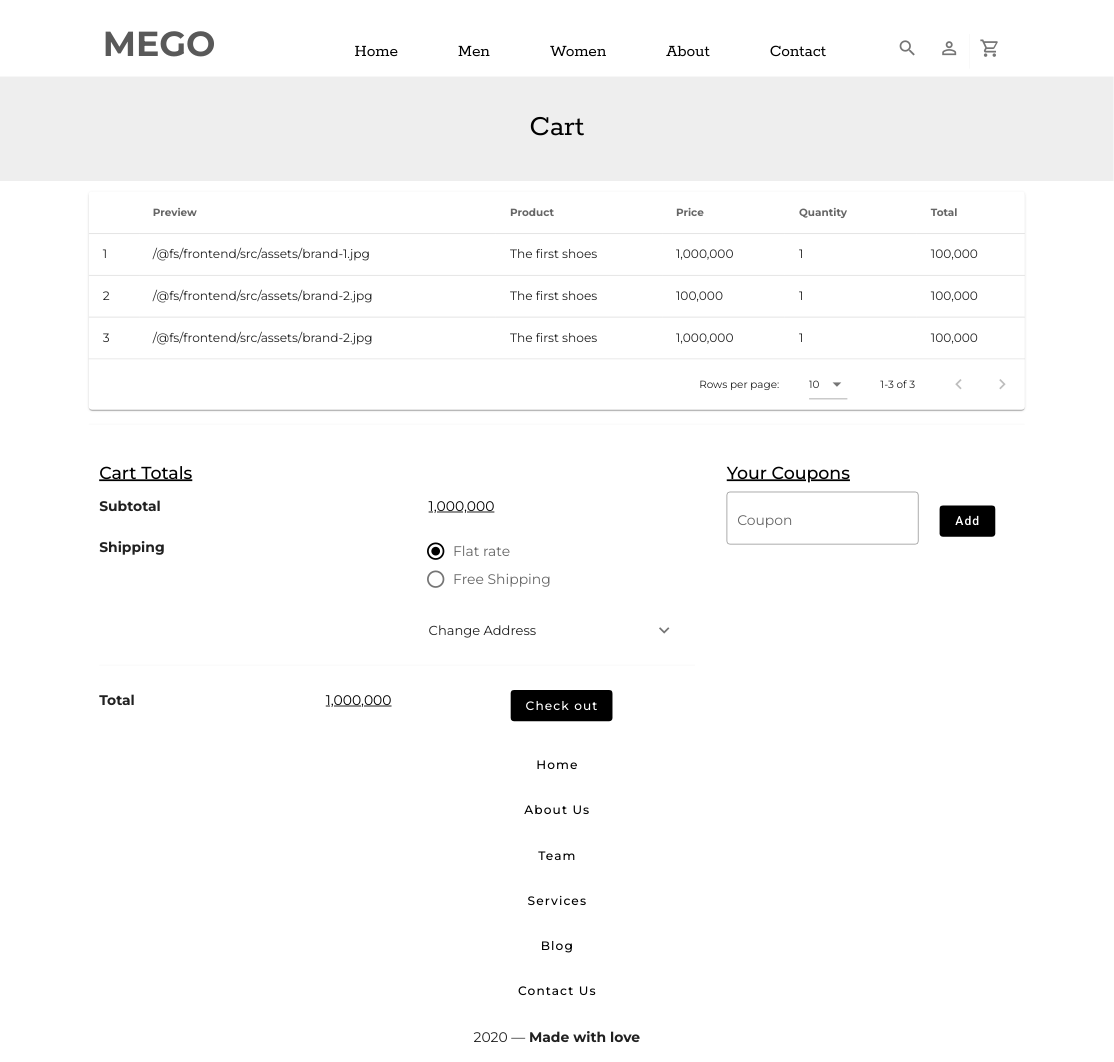
Repository: nguyenphuong152/shoesstore
Page: /cart (app in frontend/)
The author's editor kept a copy of each file at every save. The page is drawn from the files as they stood at one save, then again after the next save.
The browser window is 1280 px wide. The pictures show the whole page, at 87% of full size.
The project was rebuilt for these pictures with package versions that can differ from the ones it lists, and the page was loaded fresh each time. Also part of the build but not shown: frontend/vue.config.js, frontend/src/components/Customer/Collection.vue, frontend/src/components/Customer/Banner.vue, frontend/src/components/Customer/BestSeller.vue, frontend/src/components/Customer/Partner.vue, frontend/src/views/Customer/Home.vue, frontend/src/components/Customer/ProductCategory.vue, frontend/src/components/Customer/ProductView.vue and 10 more. Imported but missing from the stored project, and not drawn on this page: frontend/src/views/Admin/Category.vue, frontend/src/views/Admin/ManageProduct.vue, frontend/src/views/Admin/ManageUser.vue, frontend/src/views/Admin/OrderList.vue.

Above is the page before, as saved 2020-11-28 21:20:16.

### frontend/public/index.html
<!DOCTYPE html>
<html lang="en">
  <head>
    <meta charset="utf-8">
    <head>
      <title>MEGO</title>
    </head>
    <meta http-equiv="X-UA-Compatible" content="IE=edge">
    <meta name="viewport" content="width=device-width,initial-scale=1.0">
    <link rel="icon" href="<%= BASE_URL %>favicon.ico">
    <title><%= htmlWebpackPlugin.options.title %></title>
    <link href="https://fonts.googleapis.com/css?family=Montserrat:300,400,500,600,700" rel="stylesheet">
    <link href="https://fonts.googleapis.com/css?family=Rokkitt:100,300,400,700" rel="stylesheet">
    <link rel="stylesheet" href="https://fonts.googleapis.com/css?family=Roboto:100,300,400,500,700,900">
    <link rel="stylesheet" href="https://cdn.jsdelivr.net/npm/@mdi/font@latest/css/materialdesignicons.min.css">
  </head>
  <body>
    <noscript>
      <strong>We're sorry but <%= htmlWebpackPlugin.options.title %> doesn't work properly without JavaScript enabled. Please enable it to continue.</strong>
    </noscript>
    <div id="app"></div>
    <!-- built files will be auto injected -->
  </body>
</html>

### frontend/src/main.js
import Vue from 'vue'
import App from './App.vue'
import vuetify from './plugins/vuetify';
import router from './router'
import '../sass/style.scss'
import 'bootstrap/dist/css/bootstrap.css'
import 'bootstrap-vue/dist/bootstrap-vue.css'
import { BootstrapVue, IconsPlugin } from 'bootstrap-vue'

Vue.use(BootstrapVue)
// Optionally install the BootstrapVue icon components plugin
Vue.use(IconsPlugin)
Vue.config.productionTip = false

new Vue({
  vuetify,
  router,
  render: h => h(App)
}).$mount('#app')

### frontend/src/App.vue
<template>
  <v-app app>
    <v-container v-if="!['Admin', 'Banner', 'Category','Product','ManageUser','OrderList','Dashboard'].includes($route.name)">
      <Toolbar />
    </v-container>
    <v-main>
      <router-view></router-view>
    </v-main>
      <Footer v-if="!['Admin', 'Banner', 'Category','Product','ManageUser','OrderList','Dashboard'].includes($route.name)"/>
  </v-app>

</template>

<script>

import Footer from "./components/Customer/Footer";
import Toolbar from "./components/Customer/Toolbar";

export default {
  name: "App",

  components: {
    Toolbar,
    Footer
  },

  data: () => ({
    //
  }),
};
</script>

### frontend/src/plugins/vuetify.js
import Vue from 'vue';
import Vuetify from 'vuetify/lib';


Vue.use(Vuetify);

const vuetify = new Vuetify({
    theme: {
      themes: {
        light: {
          primary: '#000',
          secondary: '#b0bec5',
          accent: '#8c9eff',
          error: '#b71c1c',
        },
      },
    },
  })

export default new Vuetify({
    vuetify,
});

### frontend/src/router/index.js
import Vue from "vue";
import VueRouter from "vue-router";
import Home from "../views/Customer/Home.vue";
import Men from "../views/Customer/Men.vue";
import Women from "../views/Customer/Women.vue";
import Admin from "../views/Admin/Admin.vue";
import Product from "../views/Admin/ManageProduct.vue";
import Banner from "../views/Admin/Banner.vue";
import Category from "../views/Admin/Category.vue";
import ManageUser from "../views/Admin/ManageUser.vue";
import OrderList from "../views/Admin/OrderList.vue";
import Dashboard from "../views/Admin/Dashboard.vue"
//import ProductDetail from "../views/ProductDetail.vue"

Vue.use(VueRouter);

const routes = [
  {
    path: "/",
    name: "Home",
    component: Home,
  },
  {
    path: "/men",
    name: "Men",
    component: Men,
  },
  {
    path: "/women",
    name: "Women",
    component: Women,
  },
  {
    path: "/about",
    name: "About",
    // route level code-splitting
    // this generates a separate chunk (about.[hash].js) for this route
    // which is lazy-loaded when the route is visited.
    component: () =>
      import(/* webpackChunkName: "about" */ "../views/Customer/About.vue"),
  },
  {
    path: "/contact",
    name: "Contact",
    component: () =>
      import(/* webpackChunkName: "about" */ "../views/Customer/Contact.vue"),
  },
  {
    path: "/cart",
    name: "Cart",
    component: () =>
      import(/* webpackChunkName: "about" */ "../views/Customer/Cart.vue"),
  },
  {
    path: "/account",
    name: "Account",
    component: () =>
      import(/* webpackChunkName: "about" */ "../views/Customer/Account.vue"),
  },
  {
    path: "/userlogin",
    name: "UserLogin",
    component: () =>
      import(/* webpackChunkName: "about" */ "../views/Customer/UserLogin.vue"),
  },
  {
    path: "/checkout",
    name: "Checkout",
    component: () =>
      import(/* webpackChunkName: "about" */ "../views/Customer/Checkout.vue"),
  },
  {
    path: "/product/:id",
    name: "ProductDetail",
    component: () =>
      import(/* webpackChunkName: "about" */ "../views/Customer/ProductDetail.vue"),
  },
  {
    path: "/admin",
    name: "Admin",
    component: Admin,
    children: [
      {
        path: "/banner",
        name: "Banner",
        component: Banner,
      },
      {
        path: "/category",
        name: "Category",
        component: Category,
      },
      {
        path: "/product",
        name: "Product",
        component: Product,
      },
      {
        path: "/manageuser",
        name: "ManageUser",
        component: ManageUser,
      },
      {
        path: "/orderlist",
        name: "OrderList",
        component: OrderList,
      },
      {
        path: "/dashboard",
        name: "Dashboard",
        component: Dashboard,
      },
    ],
  },
];

const router = new VueRouter({
  mode: "history",
  base: process.env.BASE_URL,
  routes,
});

export default router;

### frontend/sass/style.scss

$font-primary: 'Montserrat',
Arial,
sans-serif;
$font-secondary: 'Rokkitt',
Georgia,
serif;


@import '~vuetify/src/styles/styles.sass';

// Overrides
$grid-gutter-width: 20px !default;
$border-radius-base: 4px !default;
$padding-base-vertical: 14px !default;

$brand-primary: #616161 !default;
$brand-secondary: #88c8bc !default;
$brand-yellow: #FFDD00 !default;
$brand-footer-color: #2C2E3E;

$brand-white: #fff;
$brand-black: #000;
$brand-darker: #444;
$brand-gray: #ccc;
$brand-lighter: #e9e9e9;
$brand-body-color: #e8e8e8;
$brand-selection-color: #f9f6f0;
$brand-overlay-color: #4c4a8a;
$brand-bg-color: $brand-white;

.v-btn {
  text-transform:none !important;
}
// .v-text-field{
//   width: 50px;
//   height: 10px;
// }

#app {
  -webkit-font-smoothing: antialiased;
  -moz-osx-font-smoothing: grayscale;

  text-align: center;
  .container {
    max-width: 1100px;
  }
  font: 300
}

.nav {
  padding-left: 0px;
  a {
    font-size: 20px;
    color: lighten($brand-black,35%);
    font-family: $font-secondary;
    text-decoration: none;
    font-weight: 500;
    &.router-link-exact-active {
      color: #42b983;
    }

  }
}

#logo {
  font-size: 40px;
  font-weight: 700;
  font-family: $font-primary;
  color: lighten($brand-black, 35%);
}


.slogan {
  font-size: 50px;
  color: #2c3e50;
  font-family: $font-secondary;
  text-decoration: none;
}

.title-collection{
  @extend .slogan;
  font-size: 25px;
}


.slogan-3 {
  @extend .slogan;
  font-size: 35px;
}

.title-shoes {
  @extend .slogan;
  font-size: 20px;
}


.footer-text {
  font-family:$font-primary;
  font-size: 16px;
}

.admin {
  font-family: $font-primary;
  font-size:16px;
}

.admin-nav {
  font-family: $font-primary !important;
  font-size: 20px !important;
  color: white !important;
}

### frontend/src/components/Customer/Footer.vue
<template>
  <v-footer class="white" padless>
    <v-row justify="center" no-gutters>
      <v-btn
        v-for="link in links"
        :key="link"
        color="black"
        text
        rounded
        class="my-2 footer-text"
      >
        {{ link }}
      </v-btn>
      <v-col class="white py-4 text-center fluid footer-text" cols="12">
        {{ new Date().getFullYear() }} — <strong>Made with love</strong>
      </v-col>
    </v-row>
  </v-footer>
</template>

<script>
export default {
  data: () => ({
    links: ["Home", "About Us", "Team", "Services", "Blog", "Contact Us"],
  }),
};
</script>

<style></style>

### frontend/src/components/Customer/Toolbar.vue
<template>
  <v-toolbar flat>
    <v-row class="d-flex align-baseline">
      <v-col cols="3" class="d-flex justify-lg-start">
        <v-toolbar-title id="logo">MEGO</v-toolbar-title>
      </v-col>
      <v-col class="d-flex justify-space-around text-start nav">
        <router-link to="/">Home</router-link>
        <router-link to="/men">Men</router-link>
        <router-link to="/women">Women</router-link>
        <router-link to="/about">About</router-link>
        <router-link to="/contact">Contact</router-link>
      </v-col>
      <v-col cols="2" class="d-flex justify-end">
        <v-btn icon>
          <v-icon>mdi-magnify</v-icon>
        </v-btn>
        <v-menu
          open-on-hover
          top
          offset-y
          :position-x="960"
          :position-y="230"
          absolute
        >
          <template v-slot:activator="{ on, attrs }">
            <v-btn icon v-bind="attrs" v-on="on">
              <v-icon>mdi-account-outline</v-icon>
            </v-btn>
          </template>

          <v-list class="text-start nav">
            <v-list-item v-for="(item, index) in routes" :key="index" :to="item.path">
              <v-list-item-title>{{ item.name }}</v-list-item-title>
            </v-list-item>
          </v-list>
        </v-menu>
        <v-divider vertical inset></v-divider>
        <v-btn icon @click="goToCart">
          <v-icon>mdi-cart-outline</v-icon>
        </v-btn>
      </v-col>
    </v-row>
  </v-toolbar>
</template>

<script>
export default {
  data: () => ({
    routes: [
      {
        path:"/checkout",
        name:"Check Out"
       },
       {
        path:"/account",
        name:"My Account"
       },
       {
        path:"/userlogin",
        name:"User Login"
       },

    ],
  }),
  methods: {
     goToCart: function() {
     this.$router.push({name: 'Cart'})
     }
  }
};
</script>

<style></style>

### frontend/src/views/Customer/Cart.vue
<template>
  <div class="cart app">
    <v-sheet color="grey lighten-3" height="120">
      <v-container py-8>
        <a class="slogan-3">Cart</a>
      </v-container>
    </v-sheet>
    <div>
      <v-container>
        <totalProducts />
        <v-divider></v-divider>
        <v-row class=" d-flex align-baseline">
          <v-col>
            <cartTotals />
          </v-col>
          <v-col cols="4">
            <addCoupons />
          </v-col>
        </v-row>
      </v-container>
    </div>
  </div>
</template>

<script>
import totalProducts from "../../components/Customer/TotalProducts";
import addCoupons from "../../components/Customer/AddCoupon";
import cartTotals from "../../components/Customer/CartTotal";

export default {
  components: { totalProducts, addCoupons, cartTotals },
  data() {},
};
</script>

### frontend/src/components/Customer/TotalProducts.vue
<template>

      <v-data-table :headers="headers" :items="products" class="elevation-1 admin">
        <template v-slot:item.preview>
          <v-img
            lazy-src="item.path"
            max-height="100"
            max-width="100"
            src="'item.path'"
          ></v-img>
        </template>
      </v-data-table>


</template>

<script>
export default {
  data() {
    return {
      headers: [
        {
          text: "",
          align: "start",
          sortable: false,
          value: "id",
        },
        { text: "Preview", value: "path" },
        { text: "Product", value: "name" },
        { text: "Price", value: "price" },
        { text: "Quantity", value: "quantity" },
        { text: "Total", value: "total" },
      ],
      products: [
        {
          id: 1,
          path: require('../../assets/brand-1.jpg'),
          name: "The first shoes",
          price: Intl.NumberFormat('en-EN', { maximumSignificantDigits: 3 }).format(1000000),
          quantity: 1,
          total: Intl.NumberFormat('en-EN', { maximumSignificantDigits: 3 }).format(100000),
        },
        {
          id: 2,
          path: require('../../assets/brand-2.jpg'),
          name: "The first shoes",
          price:Intl.NumberFormat('en-EN', { maximumSignificantDigits: 3 }).format(100000),
          quantity: 1,
          total: Intl.NumberFormat('en-EN', { maximumSignificantDigits: 3 }).format(100000)
        },
        {
         id: 3,
          path: require('../../assets/brand-2.jpg'),
          name: "The first shoes",
          price: Intl.NumberFormat('en-EN', { maximumSignificantDigits: 3 }).format(1000000),
          quantity: 1,
          total:Intl.NumberFormat('en-EN', { maximumSignificantDigits: 3 }).format(100000),
        },
      ],
    };
  },
};
</script>

<style></style>

### frontend/src/components/Customer/AddCoupon.vue
<template>
  <div class="app text-start">
      <a class="admin-nav font-weight-medium black--text">Your Coupons</a>
      <v-row class="d-flex align-baseline">
           <v-col
          cols="8"
        >
          <v-text-field
          class="admin"
            label="Coupon"
            outlined
          ></v-text-field>
        </v-col>
         <v-col
        >
           <v-btn
      depressed
      color="primary"
    >
      Add
    </v-btn>
        </v-col>
      </v-row>
  </div>
</template>

<script>
export default {

}
</script>

<style>

</style>

### frontend/src/components/Customer/CartTotal.vue
<template>
  <v-container class="text-start admin">
    <a class="admin-nav font-weight-medium black--text">Cart Totals</a>
    <v-row>
      <v-col>
        <strong> Subtotal</strong>
      </v-col>
      <v-col>
        <a class="pl-6">{{
          Intl.NumberFormat("en-EN", { maximumSignificantDigits: 3 }).format(
            1000000
          )
        }}</a>
      </v-col>
    </v-row>
    <v-row>
      <v-col>
        <strong> Shipping</strong>
      </v-col>
      <v-col>
        <v-radio-group v-model="radioGroup" class=" ma-0 pl-5">
          <v-radio
            v-for="shipping in shippings"
            :key="shipping"
            :label="shipping.label"
            :value="shipping.value"
          ></v-radio>
        </v-radio-group>

        <v-expansion-panels flat dense>
          <v-expansion-panel class="admin text-start pa-0">
            <v-expansion-panel-header>
              Change Address
            </v-expansion-panel-header>
            <v-expansion-panel-content>
              <v-combobox
                class="admin text-start"
                v-model="select"
                :items="items"
                dense
                filled
                solo
                flat
              ></v-combobox>
              <v-text-field label="City" outlined></v-text-field>
              <v-text-field label="Postcode/ZIP" outlined></v-text-field>
              <v-btn depressed color="primary">
                Update
              </v-btn>
            </v-expansion-panel-content>
          </v-expansion-panel>
        </v-expansion-panels>
      </v-col>
    </v-row>
     <v-divider></v-divider>
    <v-row>
      <v-col>
        <strong> Total</strong>
      </v-col>
      <v-col>
        <a class="pl-6">{{
          Intl.NumberFormat("en-EN", { maximumSignificantDigits: 3 }).format(
            1000000
          )
        }}</a>
      </v-col>
      <v-col cols="">
        <v-btn
      depressed
      color="primary"
    >
      Check out
    </v-btn>
      </v-col>
    </v-row>

  </v-container>
</template>

<script>
export default {
  data() {
    return {
      radioGroup: 1,
      shippings: [
        {
          label: "Flat rate",
          value: 1,
        },
        {
          label: "Free Shipping",
          value: 2,
        },
      ],
      select: ["Viet Nam"],
      items: ["US", "UK", "AUS", "CANADA"],
    };
  },
};
</script>

<style></style>

After the next save:
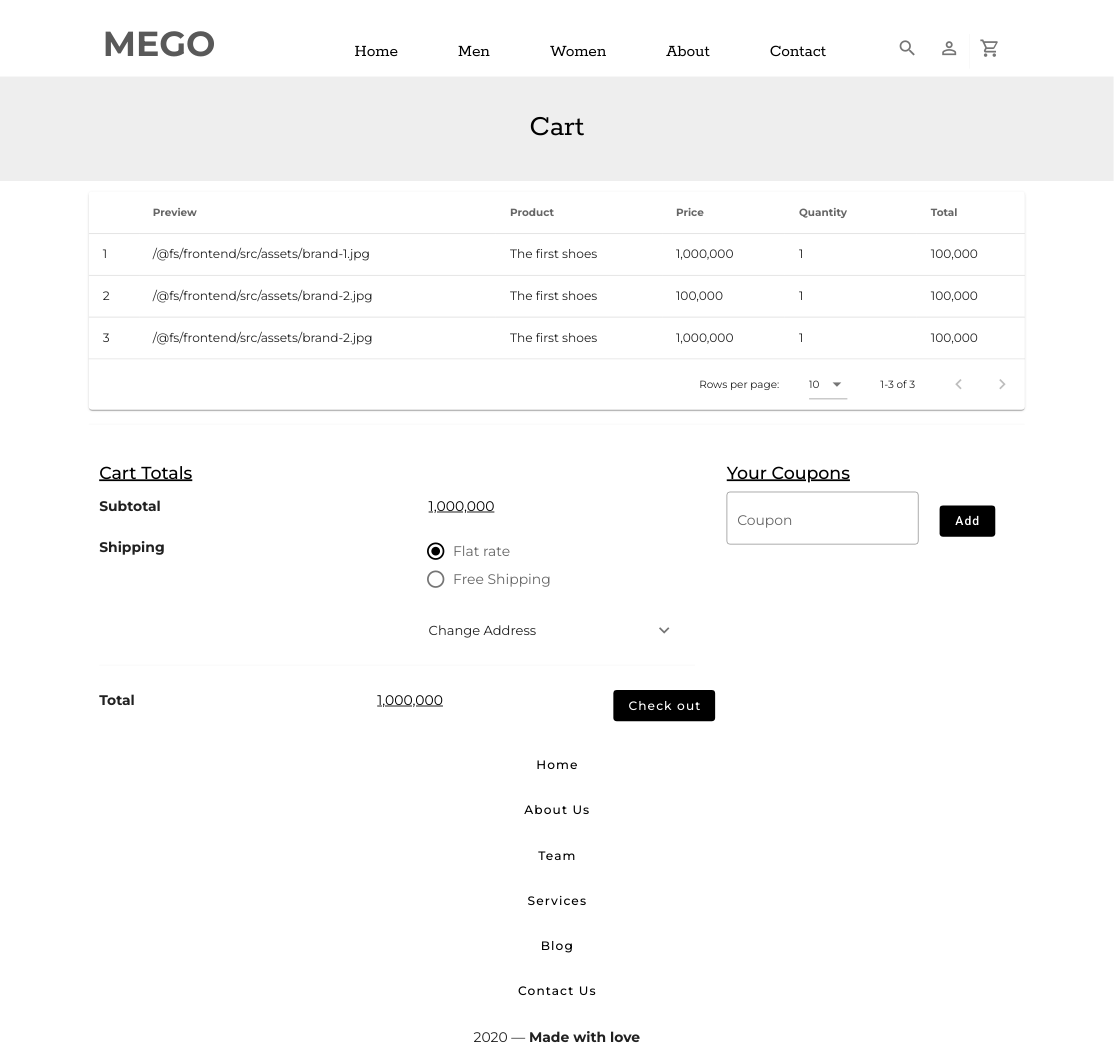
Saved 4 s later.
--- a/frontend/src/components/Customer/CartTotal.vue
+++ b/frontend/src/components/Customer/CartTotal.vue
@@ -64,7 +64,7 @@
           )
         }}</a>
       </v-col>
-      <v-col cols="">
+      <v-col cols="2">
         <v-btn
       depressed
       color="primary"

After the save that followed:
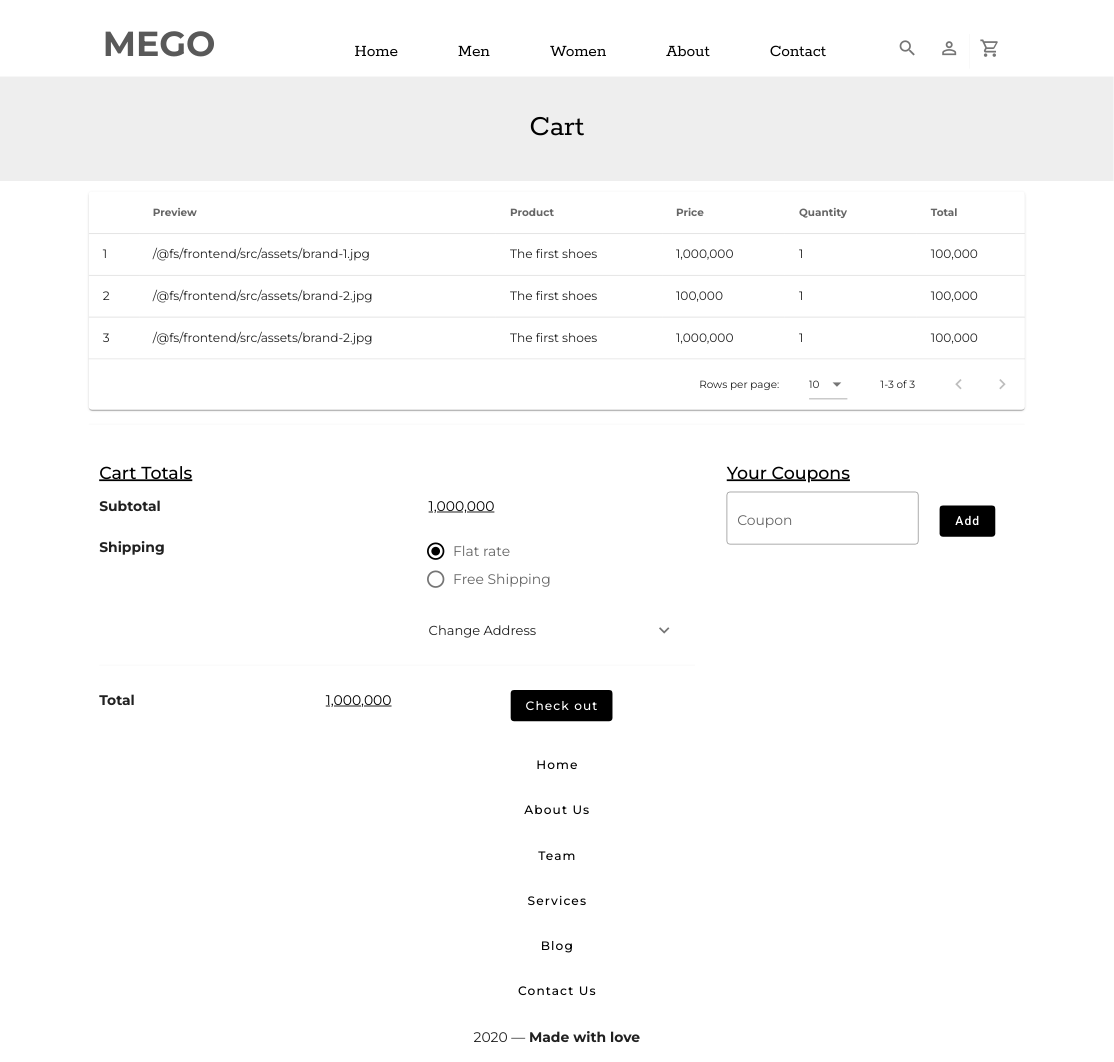
Saved 86 s later.
--- a/frontend/src/components/Customer/CartTotal.vue
+++ b/frontend/src/components/Customer/CartTotal.vue
@@ -64,7 +64,7 @@
           )
         }}</a>
       </v-col>
-      <v-col cols="2">
+      <v-col >
         <v-btn
       depressed
       color="primary"
